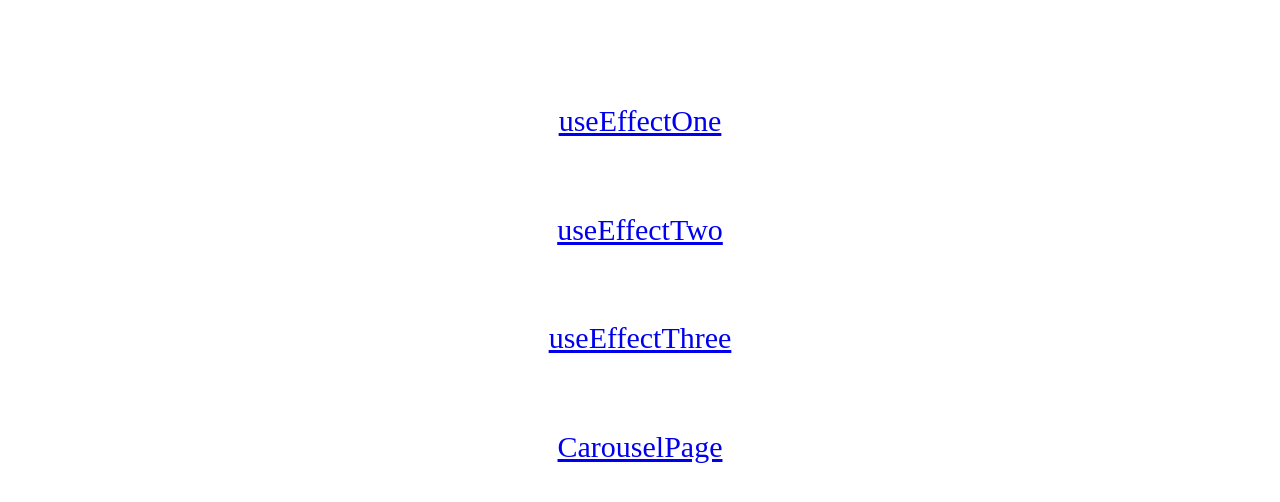
Repository: sierralaurent/Class08-UseEffect
Page: /
The author's editor kept a copy of each file at every save. The page is drawn from the files as they stood at one save, then again after the next save.
The browser window is 1280 px wide. The pictures show the whole page.
The project was rebuilt for these pictures with package versions that can differ from the ones it lists, and the page was loaded fresh each time. The framework's server and built-in components were replaced by stand-ins that run in the browser. Also part of the build but not shown: next.config.js.

Above is the page before, as saved 2023-02-20 17:15:53.

After the next save:
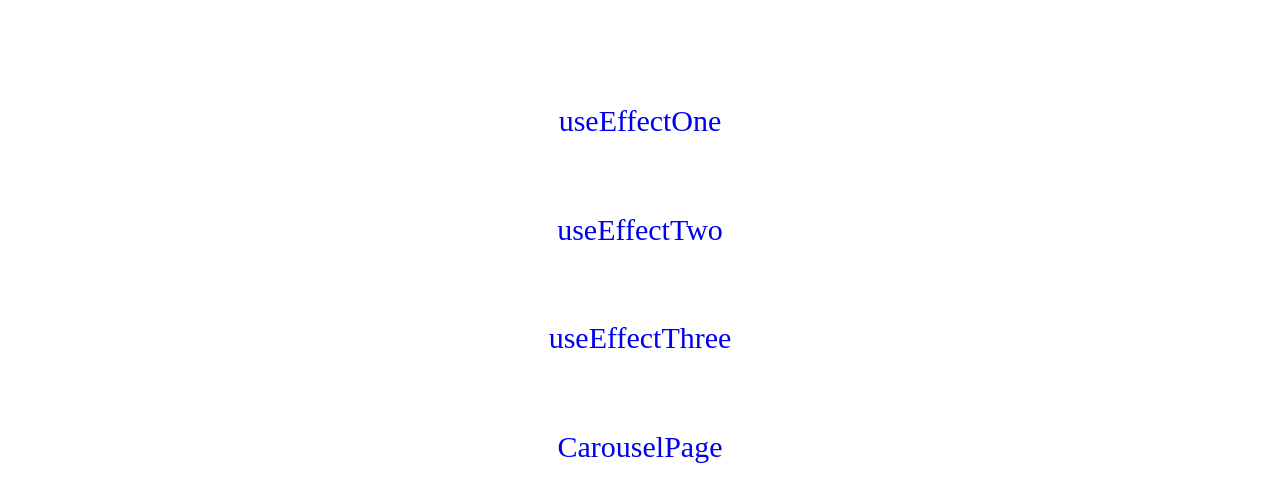
Saved 15 s later.
--- a/styles/Home.module.css
+++ b/styles/Home.module.css
@@ -8,3 +8,14 @@
   font-size: 30px;
   text-decoration: none;
 }
+
+a:link { text-decoration: none; }
+
+
+a:visited { text-decoration: none; }
+
+
+a:hover { text-decoration: none; }
+
+
+a:active { text-decoration: none; }

After the save that followed:
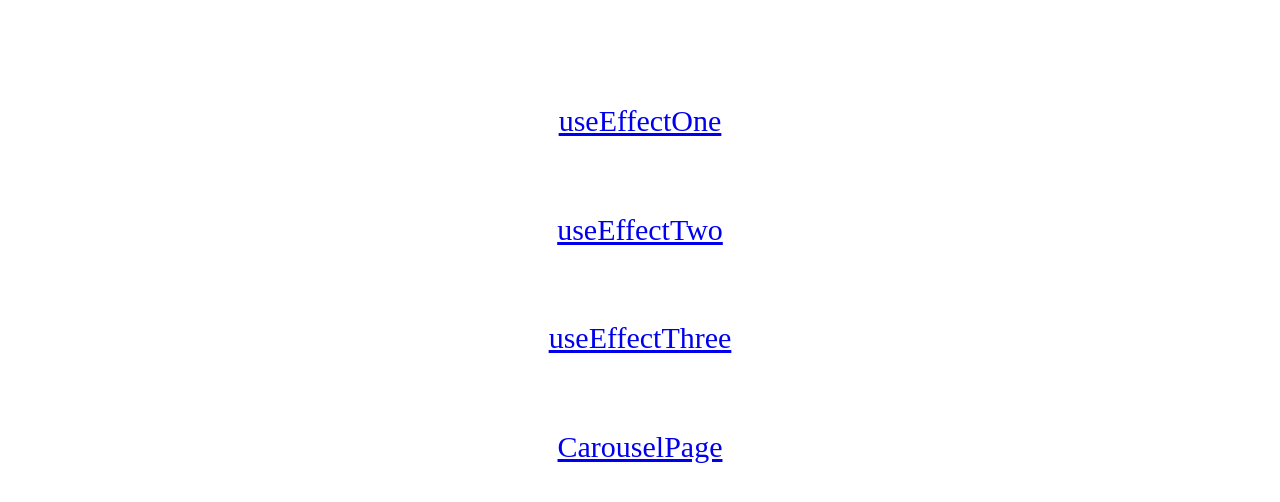
Saved 36 s later.
--- a/styles/Home.module.css
+++ b/styles/Home.module.css
@@ -9,7 +9,7 @@
   text-decoration: none;
 }
 
-a:link { text-decoration: none; }
+link:link { text-decoration: none; }
 
 
 a:visited { text-decoration: none; }
